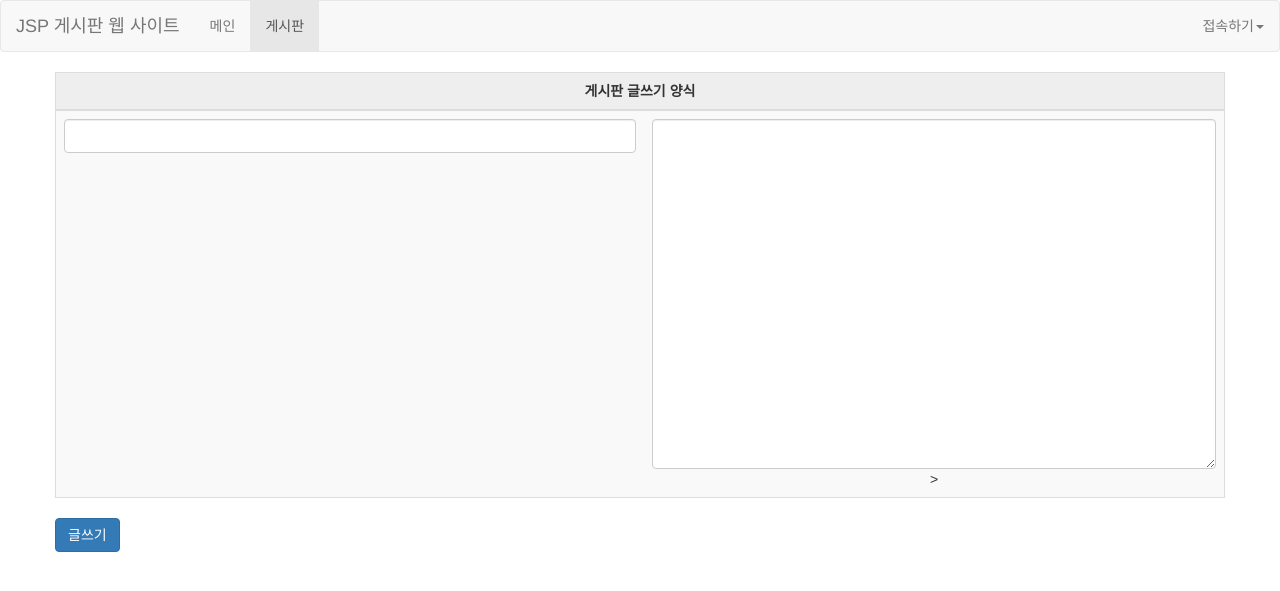
Repository: flown222/JSP_BasicWebsite_Project
Page: http://localhost/BBS/write.jsp
An editor plug-in stored every save of this project. The page is shown before and after the next save, followed by the edit.
The browser window is 1280 px wide. The pictures show the whole page.
The page is served by Tomcat 9.

Above is the page before, as saved 2022-08-21 07:23:28.

After the next save:
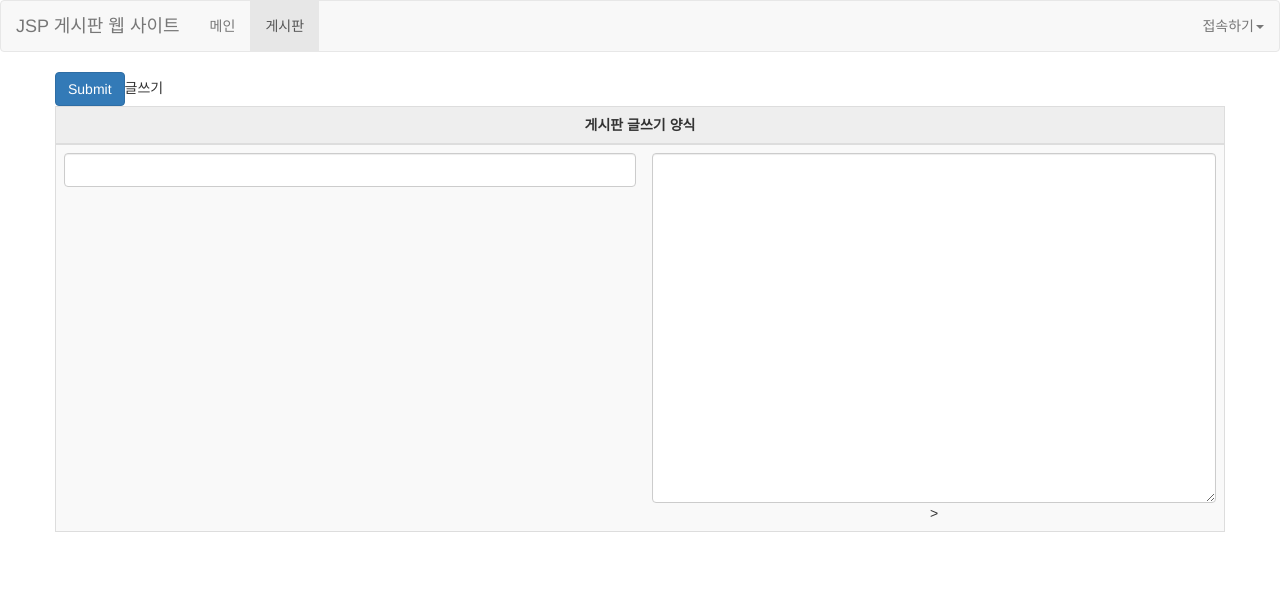
Saved 38 s later.
--- a/projects /BBS/src/main/webapp/write.jsp
+++ b/projects /BBS/src/main/webapp/write.jsp
@@ -84,8 +84,9 @@
 						name="bbsContent" maxlength="2048" style= "height: 350px; "></textarea>></td>
 					</tr>
 				</tbody>
+				<input type="submit" href= "write.jsp" class="btn btn-primary pull-center">글쓰기</a>
 			</table>
-			<a href= "write.jsp" class="btn btn-primary pull-center">글쓰기</a>
+
 		</div>
 	</div>
 	<script src="https://code.jquery.com/jquery-3.3.1.min.js"></script>
